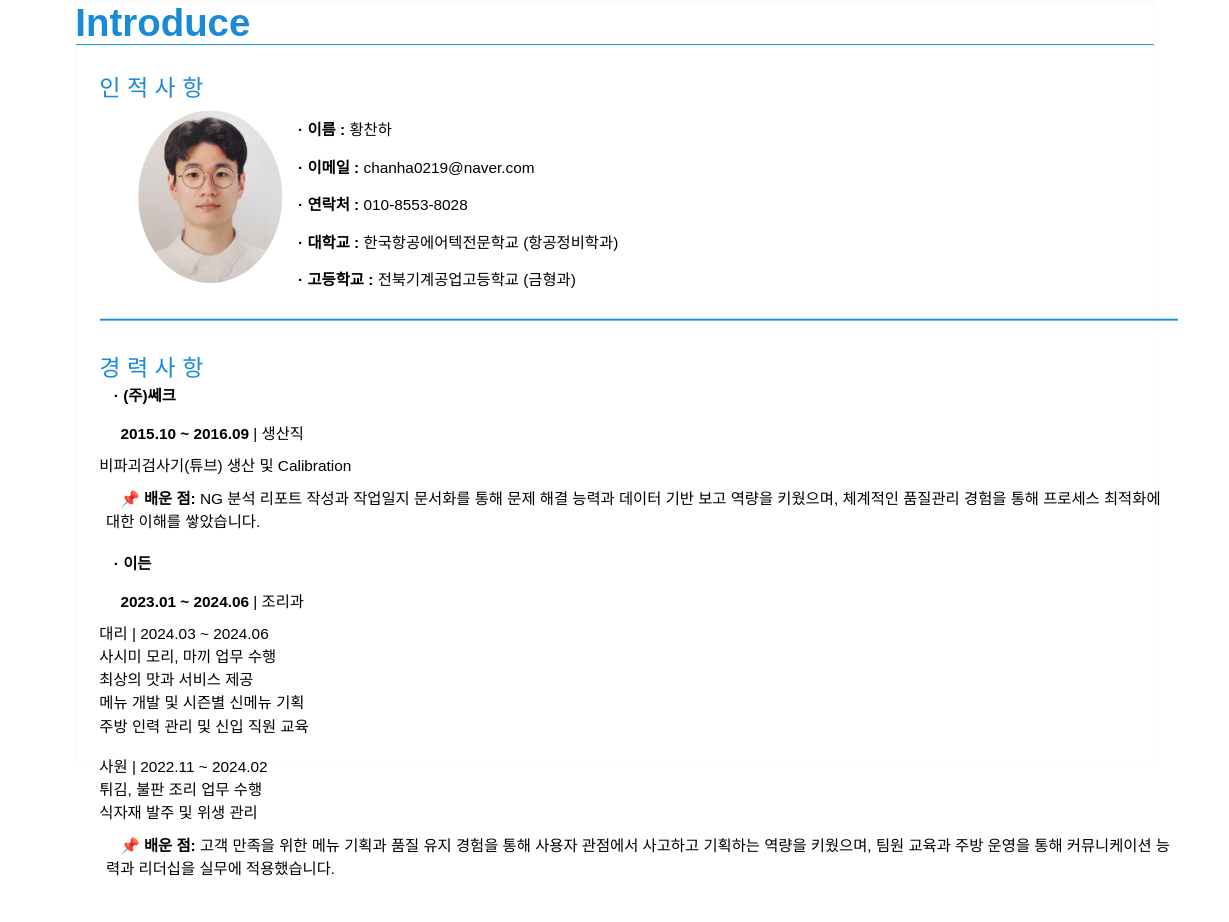
Repository: DooBae-KR/MySelf
Page: /
The author's editor kept a copy of each file at every save. The page is drawn from the files as they stood at one save, then again after the next save.
The browser window is 1280 px wide. The pictures show the whole page, at 96% of full size.
The project was rebuilt for these pictures with package versions that can differ from the ones it lists, and the page was loaded fresh each time. Also part of the build but not shown: src/pages/MainPage.js, src/pages/header/HeaderLogo.js, src/pages/header/TabMenu.js, src/pages/HeaderPage.js.

Above is the page before, as saved 2025-07-23 21:36:57.

### src/App.js
import { BrowserRouter, Routes, Route } from 'react-router-dom';
import Main from './pages/MainPage';
import Header from './pages/HeaderPage';
import MySelf from './pages/Myself';

import './styles/header.css';

function App() {
  return (
  <BrowserRouter>
  <Routes>
    <Route path={'/'} element={<MySelf/>} />
  </Routes>
  </BrowserRouter>
  );
}

export default App;

### src/pages/Myself.js
import { myInfo,myWorkSkill,myLicense } from "../data/MyInform"
import profile from "../data/증명사진.jpg";
export default function MySelf(){

    return(
        <div className="A4 rec">
            <div className="title">Introduce</div>
            <div className="container content">
                <div className="contentTitle">인 적 사 항</div>
                <div className="container">
                     <img src={profile}alt="프로필 사진" className="myimg" />
                    <div className="context">
                        <p><strong>· 이름 : </strong>{myInfo.name}</p>
                        <p><strong>· 이메일 : </strong> {myInfo.email}</p>
                        <p><strong>· 연락처 : </strong>{myInfo.phone}</p>
                        <p><strong>· 대학교 : </strong>{myInfo.collage} ({myInfo.collageMajor})</p>
                        <p><strong>· 고등학교 : </strong>{myInfo.highSchool} ({myInfo.highScMajor})</p>
                    </div>
                </div>
                <div className="line"/>
                <div className="contentTitle">경 력 사 항</div>
                   <div className="context">
                    {myWorkSkill.map((item, index) => (
                        <div key={index} className="work-item" style={{ marginBottom: "20px" }}>
                        <strong>· {item.name}</strong>
                        <p><strong>{item.time} </strong> | {item.session}</p>

                        {/* content: 줄바꿈 유지 */}
                        <pre style={{ whiteSpace: "pre-line", marginTop: "10px" }}>
                            {item.content}
                        </pre>

                        {/* study */}
                        <p style={{ marginTop: "10px" }}>
                            <strong>📌 배운 점:</strong> {item.study}
                        </p>
                        </div>
                    ))}
            </div>


            </div>
        </div>

    )
}

### src/styles/header.css


* {
    margin: 0;
    padding: 0;
    font-family: "Asta Sans", sans-serif;
    font-optical-sizing: auto;
    font-weight: 400;
    font-style: normal;
    }

    .container {
        display :flex;
    }

    .headerLogo {
        width: 100vw;
        height: 100px;
        justify-content: space-between;
        padding: 0;
        border-bottom: 2px solid #db8b23;
    }
    .logo{
        padding: 15px;
        margin-left: 10px;
        width: 100px;
        height: 100px;
        font-size: 50px;
        font-weight: bolder;
        font-style: italic;
        cursor: pointer;
        align-items: center;
    }
    .logoTitle{
        display: flex;
        font-size: 50px;
        align-items: center;


    }
    .headerLogo input{
        margin: 15px;
        padding: 3px 5px;
        border: 1px solid #db8b239d;
        border-radius: 10px;

    }

    .A4.rec{
        width: 1123px;
        height: 794px;
        border: 1px solid #aaaaaa11;
        margin: 0 auto;
    }
    .title{
        font-size: 40px;
        color:rgb(25, 139, 214);
        font-weight: 700;
        border-bottom: 1px solid rgb(25, 139, 214);
    }
    .content{
        width: 100%;
        flex-direction: column;
        padding : 25px;
    }
    .contentTitle{
        font-size: 24px;
        color:rgb(25, 139, 214);
    }
    .context {
        gap: 5px;
    }
    .context p{
        margin: 15px 7px 0px 7px;
    }
    .context strong{
        margin-left: 15px;
        font-weight: bold;
    }
    .line {
        margin: 30px 0px;
        border: 0.5px solid rgb(25, 139, 214);;
    }

    .myimg{
        display: block;
        margin: auto;
        margin-left: 25px;
        margin-right: 10px;
        width: 150px;
        height: 180px;
        border-radius: 50%;
        object-fit: cover;
        overflow: hidden;
        transform: translateX(15px);
    }
    .workTitle{
        color: #333;
    }

### src/data/MyInform.js

export const myInfo = {
    name: "황찬하",
    email: "chanha0219@naver.com",
    phone: "010-8553-8028",
    github: "https://github.com/DooBae-KR",
    notion: "https://www.notion.so/239012dbbef280e4886de20264e97e98",
    intro1: "CORE knowledge, HOT execution",
    intro2 : "That’s how I make things happen",
    highSchool : "전북기계공업고등학교",
    highScMajor : "금형과",
    collage : "한국항공에어텍전문학교",
    collageMajor : "항공정비학과"
  };

export const myWorkSkill =[
    {
        name : "(주)쎄크",
        time : "2015.10 ~ 2016.09",
        session : "생산직",
        content : "비파괴검사기(튜브) 생산 및 Calibration",
        study: "NG 분석 리포트 작성과 작업일지 문서화를 통해 문제 해결 능력과 데이터 기반 보고 역량을 키웠으며, 체계적인 품질관리 경험을 통해 프로세스 최적화에 대한 이해를 쌓았습니다.",
    },
    {
        name : "이든",
        time : "2023.01 ~ 2024.06",
        session : "조리과",
        content : `대리 | 2024.03 ~ 2024.06
                        사시미 모리, 마끼 업무 수행
                        최상의 맛과 서비스 제공
                        메뉴 개발 및 시즌별 신메뉴 기획
                        주방 인력 관리 및 신입 직원 교육

                        사원 | 2022.11 ~ 2024.02
                        튀김, 불판 조리 업무 수행
                        식자재 발주 및 위생 관리`,
        study: "고객 만족을 위한 메뉴 기획과 품질 유지 경험을 통해 사용자 관점에서 사고하고 기획하는 역량을 키웠으며, 팀원 교육과 주방 운영을 통해 커뮤니케이션 능력과 리더십을 실무에 적용했습니다."
    }
]

export const myLicense =[
    {
        name : "컴퓨터응용밀링기능사",
        date : "2014.06.27"
    },
    {
        name : "전산응용기계제도기능사",
        date : "2014.12.26"
    },
    {
        name : "정밀측정기능사",
        date : "2015.07.03"
    },
    {
        name : "자동차운전면허 1종 보통",
        date : "2015.02"
    }
]

Loaded but not shown: public/index.html (common file); src/index.js (common file); src/index.css (common file); src/reportWebVitals.js (common file)

After the next save:
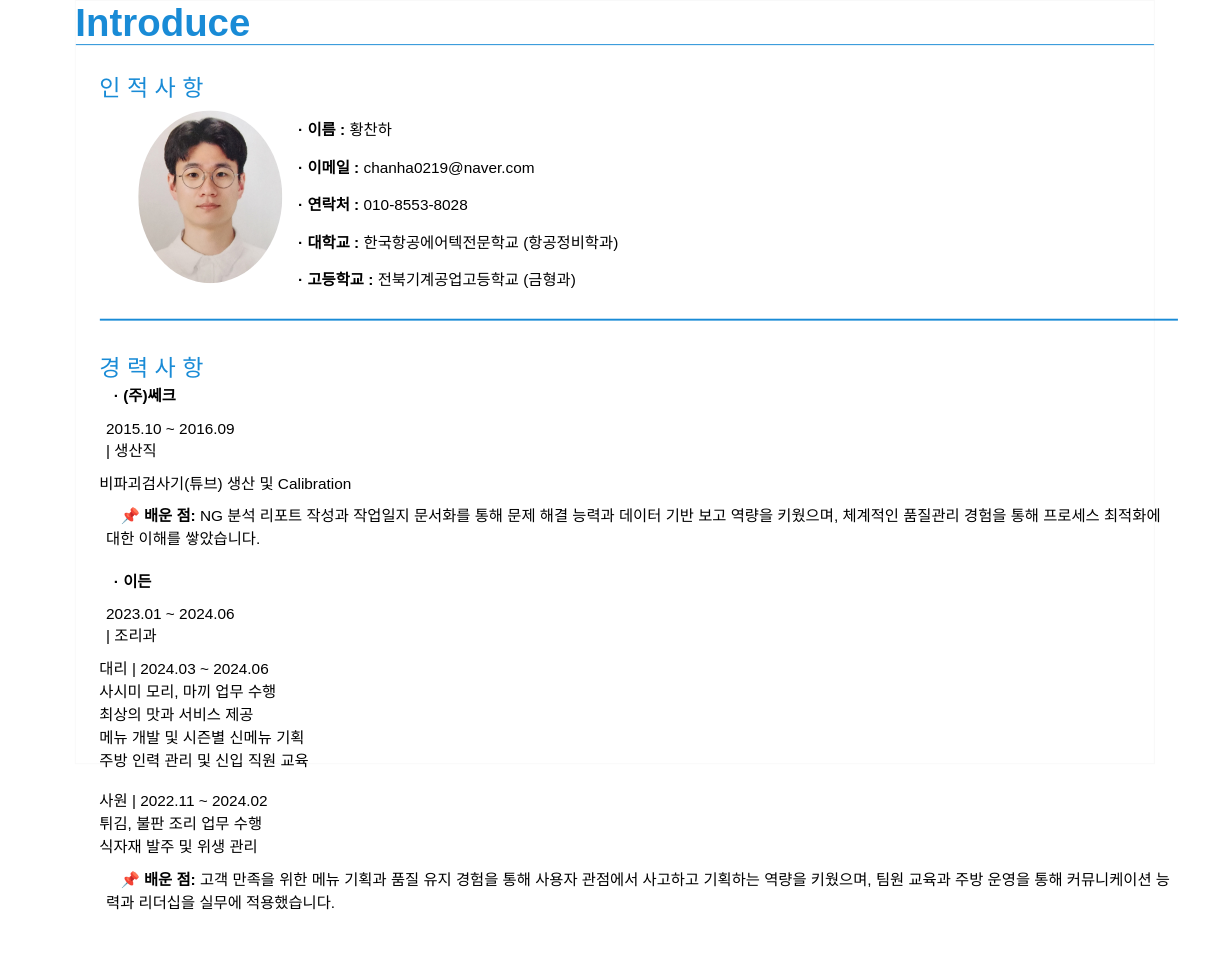
Saved 9 s later.
--- a/src/pages/Myself.js
+++ b/src/pages/Myself.js
@@ -23,7 +23,7 @@ export default function MySelf(){
                     {myWorkSkill.map((item, index) => (
                         <div key={index} className="work-item" style={{ marginBottom: "20px" }}>
                         <strong>· {item.name}</strong>
-                        <p><strong>{item.time} </strong> | {item.session}</p>
+                        <p><h4>{item.time} </h4> | {item.session}</p>
 
                         {/* content: 줄바꿈 유지 */}
                         <pre style={{ whiteSpace: "pre-line", marginTop: "10px" }}>
